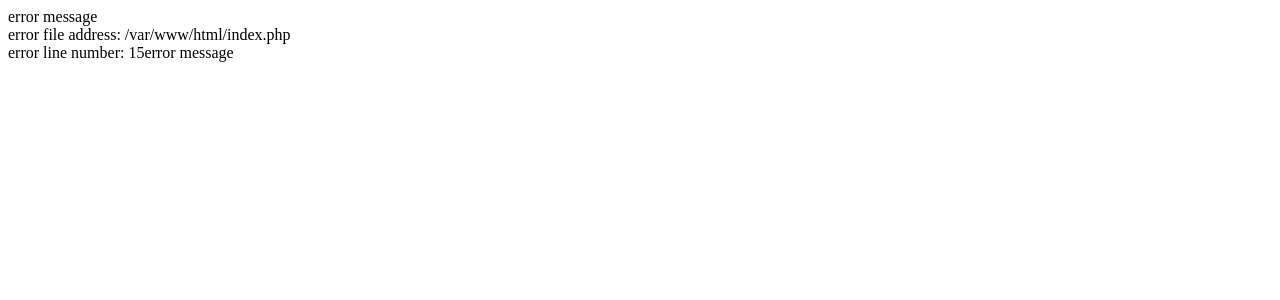
Repository: dudals3844/php_study
Page: http://localhost/
The author's editor kept a record of every edit. The page is drawn from the files as they stood at one moment, then again after the next edit.
The browser window is 1280 px wide. The pictures show the whole page.
The page is run by PHP 8.4 with error messages shown; the project is at /var/www/html/.

Above is the page before.

### index.php
<?php
	//user defined exception

	class CustomException extends Exception {
		public function errorMessage(){
			$msg = $this->getMessage()."<br/>".
			"error file address: ".$this->getFile()."<br/>".
			"error line number: ".$this->getLine();

			return $msg;
		}
	}

	try {
		throw new CustomException("error message");

	} catch (CustomException $ex){
		echo $ex->errorMessage();
	}

	//중첩 try
	try {
		try{
			throw new CustomException("error message");
		}
		catch(CustomException $ex){
			throw $ex;
		}
	}

	catch (Exception $ex){
		echo $ex->getMessage();
	}




?>

After the next edit:
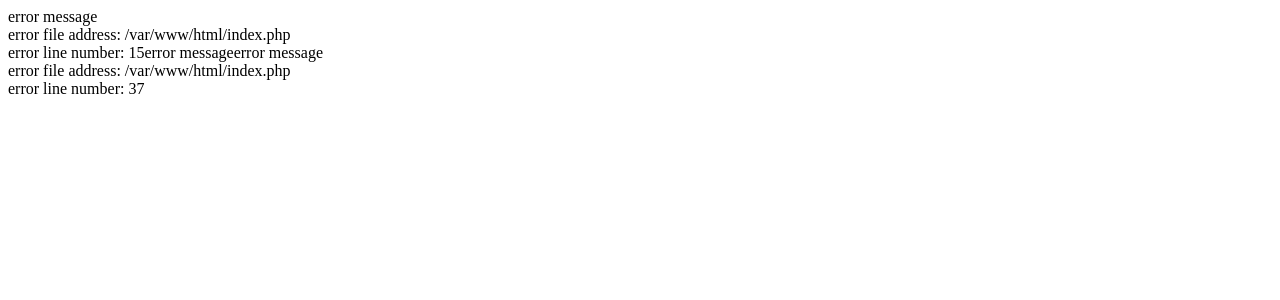
The edit:
--- a/index.php
+++ b/index.php
@@ -32,6 +32,16 @@
 		echo $ex->getMessage();
 	}
 
+	//다중 catch
+	try {
+		throw new CustomException("error message");
+	}
+	catch(customException $ex){
+		echo $ex->errorMessage();
+	}
+	catch (Exception $ex){
+		echo $ex->getMessage();
+	}
 
 
 
